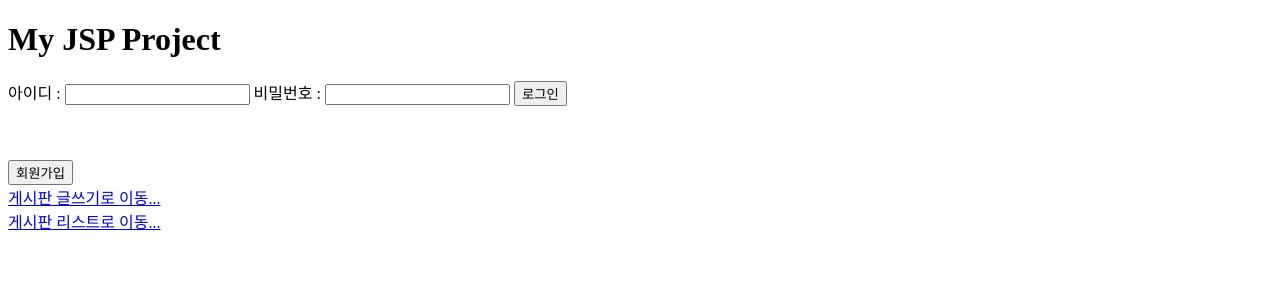
Repository: Leesunghoon1/pjthome
Page: http://localhost/jsp_pjt/
An editor plug-in stored every save of this project. The page is shown before and after the next save, followed by the edit.
The browser window is 1280 px wide. The pictures show the whole page.
The page is served by Tomcat 9. Other server files are loaded and not shown. The template is opened directly, without the code that normally fills it, so the values that code supplies are empty.

Above is the page before, as saved 2023-09-22 07:51:37.

### jsp_pjt-main/jsp_pjt/src/main/webapp/index.jsp
<%@ page language="java" contentType="text/html; charset=UTF-8"
    pageEncoding="UTF-8"%>
    <!-- 토글  -->
    	<%@ taglib uri="http://java.sun.com/jsp/jstl/core" prefix="c" %>
<!DOCTYPE html>
<html>
<head>
<meta charset="UTF-8">
<title>Insert title here</title>
</head>
<body>
<h1>My JSP Project</h1>

	<form action="/mem/login" method="post">
	<c:if test="${ses.id eq null }">
	아이디 : <input type="text" name="id">
	비밀번호 : <input tpye="password" name="pwd">
	<button tpye="submit">로그인</button>
	</c:if>
	</form>

	<br>
	<br>
	<br>
	<c:if test="${ses.id ne null }"> <!-- 널이 아니면 (ne), 널이 맞으면 (eq)  -->
	${ses.id } 로그인 하였습니다.<br>
	계정생성일 : ${ses.regdate }<br>
	마지막접속 : ${ses.lastlogin }<br>
	<a href="/board/register.jsp"><button>게시판 글쓰기로 이동</button></a>
	</c:if>



	<a href="/mem/join"><button>회원가입</button></a>
	<br>
	<a href="/brd/register">게시판 글쓰기로 이동...</a>
	<br>
	<a href="/brd/list">게시판 리스트로 이동...</a>


</body>
</html>

After the next save:
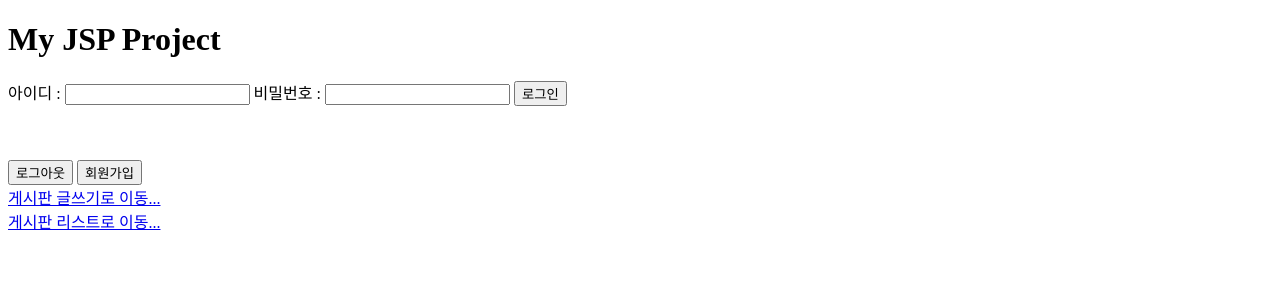
Saved 31 s later.
--- a/jsp_pjt-main/jsp_pjt/src/main/webapp/index.jsp
+++ b/jsp_pjt-main/jsp_pjt/src/main/webapp/index.jsp
@@ -28,7 +28,7 @@
 	마지막접속 : ${ses.lastlogin }<br>
 	<a href="/board/register.jsp"><button>게시판 글쓰기로 이동</button></a>
 	</c:if>
-
+	<a href="/mem/logout"><button>로그아웃</button></a>
 
 
 	<a href="/mem/join"><button>회원가입</button></a>
